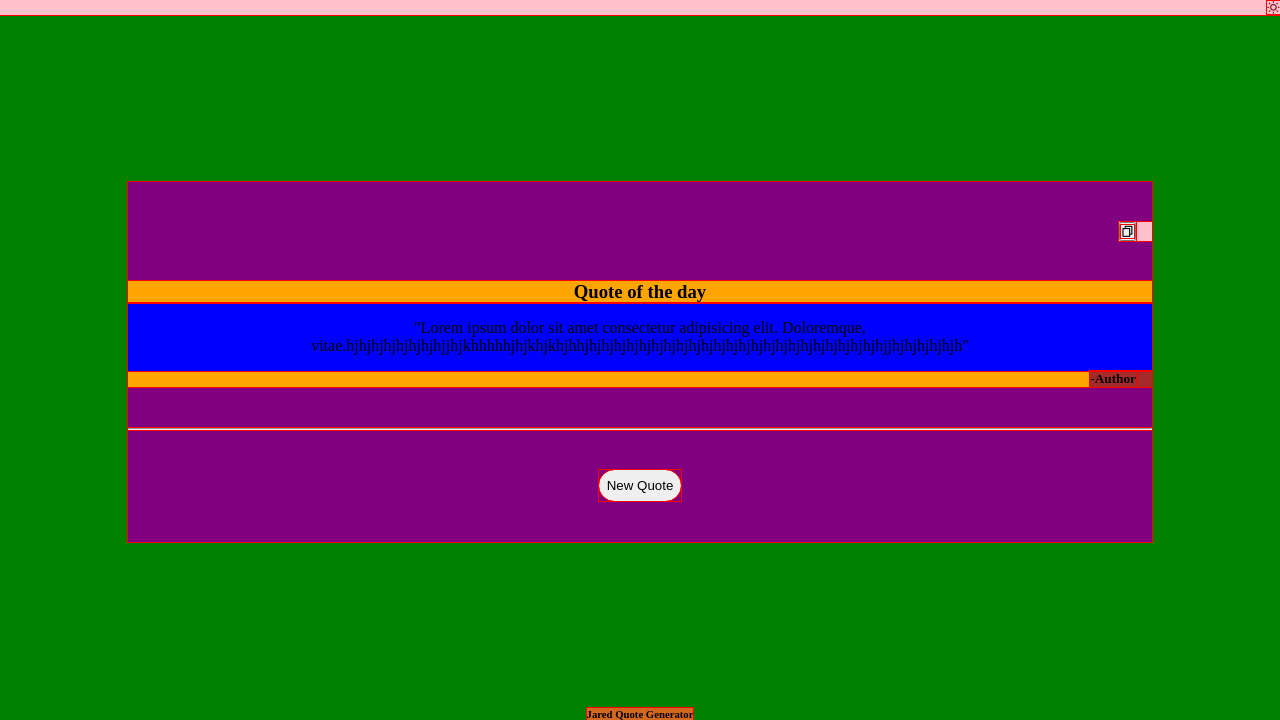
Repository: EguJaredoBoyd/Jared-Quote-Generator
Page: html/main.html
These files come from the project's save history. The page is drawn as it stood at one moment and after the next save; the edit follows.
The browser window is 1280 px wide. The pictures show the whole page.
Some web libraries are served in a nearby version.

Above is the page before, as saved 2026-01-09 01:44:37.

After the next save:
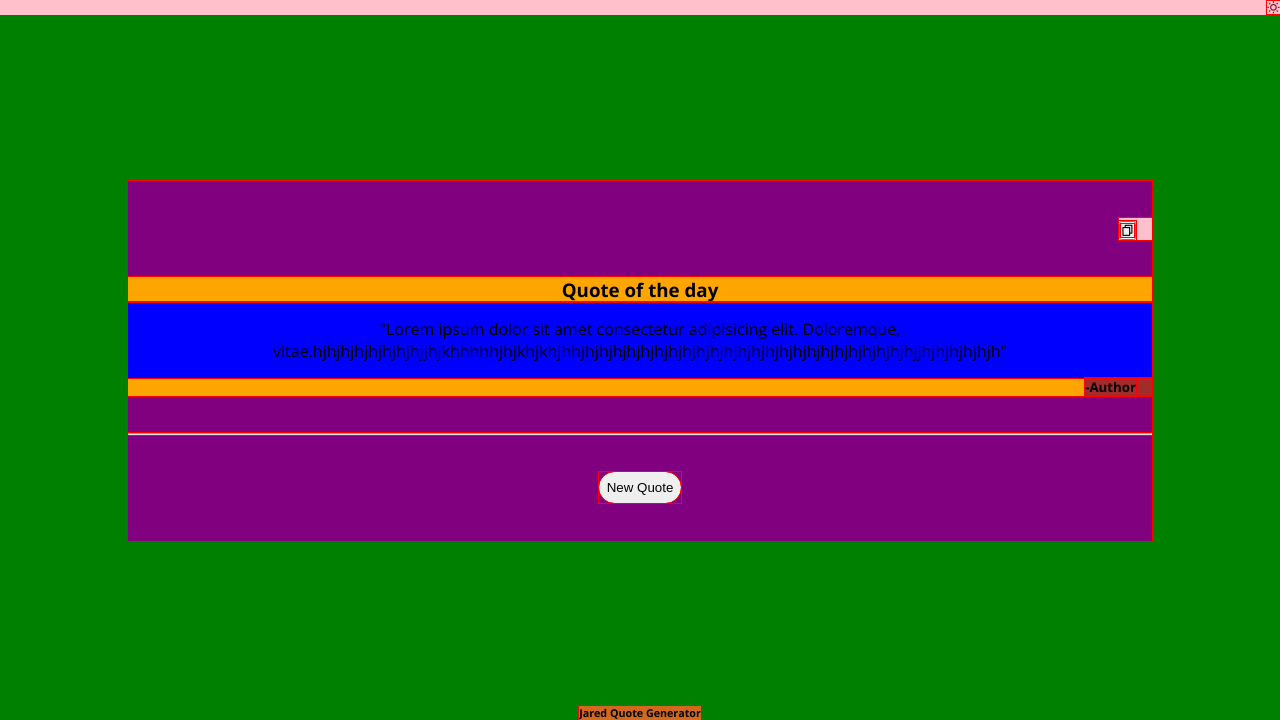
Saved 65 s later.
--- a/css/style.css
+++ b/css/style.css
@@ -22,6 +22,10 @@ html {
   --card-color: #7b0d1e;
   --text-color: whitesmoke;
   --button-color: #f8e5ee;
+}
+
+body {
+  font-family: "Open Sans", sans-serif;
 }
 
 .container {
